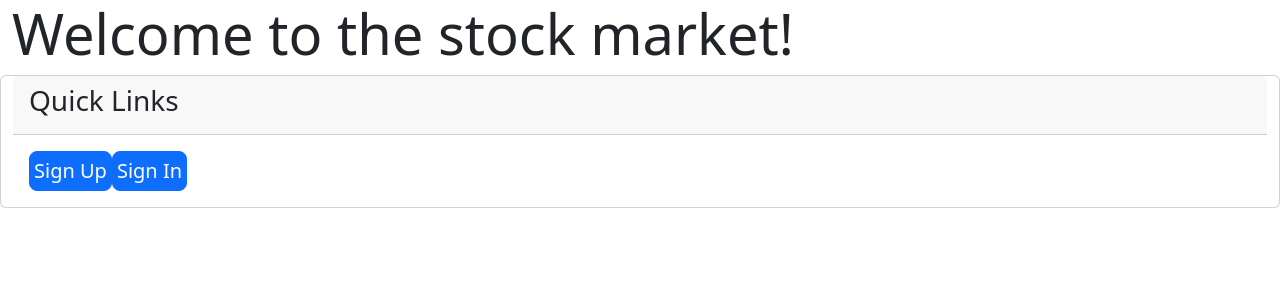
Repository: abdelbaset99/StockMarket
Page: / (app in stockmarket/)
The author's editor kept a copy of each file at every save. The page is drawn from the files as they stood at one save, then again after a run of saves.
The browser window is 1280 px wide. The pictures show the whole page.
The project was rebuilt for these pictures with package versions that can differ from the ones it lists, and the page was loaded fresh each time. Also part of the build but not shown: stockmarket/angular.json, stockmarket/src/app/orders/orders.component.ts, stockmarket/src/app/order.service.ts, stockmarket/src/app/stocks/stocks.component.ts, stockmarket/src/app/stock.service.ts.

Above is the page before, as saved 2023-07-13 12:50:22.

### stockmarket/src/index.html
<!doctype html>
<html lang="en">
<head>
  <meta charset="utf-8">
  <title>Stockmarket</title>
  <base href="/">
  <meta name="viewport" content="width=device-width, initial-scale=1">
  <link rel="icon" type="image/x-icon" href="favicon.ico">
</head>
<body>
  <app-root></app-root>
</body>
</html>

### stockmarket/src/app/app.module.ts
import { NgModule } from '@angular/core';
import { BrowserModule } from '@angular/platform-browser';
import { AppRoutingModule } from './app-routing.module';
import { AppComponent } from './app.component';
import { HttpClientModule } from '@angular/common/http';
import { OrdersComponent } from './orders/orders.component';
import { StocksComponent } from './stocks/stocks.component';
import { FormsModule } from '@angular/forms';
import { HomeComponent } from './home/home.component';
// import { SocketsService } from './sockets.service';
// import { HubConnection } from '@microsoft/signalr/dist/esm/HubConnection';
import { HubConnection } from '@microsoft/signalr';
import { createHubConnection } from './hub-connection.factory';


@NgModule({
  declarations: [
    AppComponent,
    OrdersComponent,
    StocksComponent,
    HomeComponent
  ],
  imports: [
    BrowserModule,
    AppRoutingModule,
    HttpClientModule,
    FormsModule
  ],
  providers: [{ provide: HubConnection, useFactory: createHubConnection }],
  bootstrap: [AppComponent]
})
export class AppModule { }

### stockmarket/src/app/app-routing.module.ts
import { NgModule } from '@angular/core';
import { RouterModule, Routes } from '@angular/router';
import { OrdersComponent } from './orders/orders.component';
import { StocksComponent } from './stocks/stocks.component';
import { HomeComponent } from './home/home.component';

const routes: Routes = [
  { path: '', component: HomeComponent },
  { path: 'orders', component: OrdersComponent },
  { path: 'stocks', component: StocksComponent },
];

@NgModule({
  imports: [RouterModule.forRoot(routes)],
  exports: [RouterModule]
})
export class AppRoutingModule {}

### stockmarket/src/app/app.component.ts
import { Component } from '@angular/core';
// import { SocketsService } from './sockets.service';
// import { Observable, Subscription } from 'rxjs';
// import { HttpClient} from '@angular/common/http';

@Component({
  selector: 'app-root',
  templateUrl: './app.component.html',
  styleUrls: ['./app.component.css'],
})
export class AppComponent {
  title = 'stocks';
  // stocks: any[] = [];
  // sub: Subscription = new Subscription();

  // constructor(private http: HttpClient) {}
  constructor() {

  }

  ngOnInit() {
    // this.getStocksData();
    // this.http.get<any[]>(`http://localhost:5000/`).subscribe(
    //   (stocks) => {
    //     this.stocks = stocks;
    //   },
    //   (err) => {
    //     console.log(err);
    //   }
    // );
  }

  // getStocksData(): void {
  //   this.sub = this.socketService.getStocks().subscribe((stocks) => {
  //     this.stocks = stocks;
  //   });
  // }

}

### stockmarket/src/app/home/home.component.ts
import { Component } from '@angular/core';
import { Router } from '@angular/router';
import { User } from '../user';
import { NgForm } from '@angular/forms';
@Component({
  selector: 'app-home',
  templateUrl: './home.component.html',
  styleUrls: ['./home.component.css'],
})
export class HomeComponent {
  newUser: User = {} as User;
  newUserName: string = '';
  newPassword: string = '';
  newEmail: string = '';

  user: User = {} as User;
  userName: string = '';
  password: string = '';
  email: string = '';

  constructor() {}

  onSignUpSubmit(form: NgForm) {
    this.newUser.userName = this.newUserName;
    this.newUser.password = this.newPassword;
    this.newUser.email = this.newEmail;
    console.log(this.newUser);
  }
  onSignInSubmit(form: NgForm) {
    this.user.userName = this.userName;
    this.user.password = this.password;
    this.user.email = this.email;
    console.log(this.user);
  }
}

### stockmarket/src/app/hub-connection.factory.ts
import { HubConnection, HubConnectionBuilder } from '@microsoft/signalr';

export function createHubConnection(): HubConnection {
  const builder = new HubConnectionBuilder();
  const connection = builder.withUrl('http://localhost:5089/stockhub').build();
  return connection;
}

### stockmarket/src/app/home/home.component.html
<!DOCTYPE html>
<html lang="en">

<head>
  <meta charset="UTF-8">
  <meta name="viewport" content="width=device-width, initial-scale=1.0">
  <title>Document</title>
</head>

<body>
  <div class="container-fluid">
    <div class="row">
      <div class="col-md-8">
        <h1 class="display-4">Welcome to the stock market!</h1>
      </div>
      <div class="card">
        <div class="card-header">
          <h3>Quick Links</h3>
        </div>
        <div class="card-body">
          <!-- <a class="btn btn-primary btn-lg btn-block" routerLink="/stocks">View Stocks</a>
            <a class="btn btn-secondary btn-lg btn-block" routerLink="/orders">View Orders</a> -->
          <a class="btn btn-primary btn-lg btn-block p-1" (click)="signUp.showModal()">Sign Up</a>
          <a class="btn btn-primary btn-lg btn-block p-1" (click)="signIn.showModal()">Sign In</a>
        </div>

      </div>
    </div>
  </div>

  <dialog class="dialog-style" #signUp>
    <div class="modal-content">
      <div class="modal-header">
        <h5 class="modal-title">Sign Up</h5>
        <button type="button" class="close" (click)="signUp.close()">
          <span aria-hidden="true">&times;</span>
        </button>
      </div>
      <div class="modal-body">
        <form (ngSubmit)="onSignUpSubmit(myForm)" #myForm="ngForm" method="post">
          <div class="form-group">
            <label class="label-style" for="newUserName">User Name</label>
            <input type="text" id="newUserName" name="newUserName" placeholder="Enter your username: "
              [(ngModel)]="newUserName" required class="form-control">
          </div>
          <div class="form-group">
            <label class="label-style" for="newPassword">Password</label>
            <input type="password" id="newPassword" name="newPassword" placeholder="Enter your password: "
              [(ngModel)]="newPassword" required class="form-control">
          </div>
          <div class="form-group">
            <label class="label-style" for="newEmail">Email</label>
            <input type="email" id="newEmail" name="newEmail" placeholder="Enter your email: " [(ngModel)]="newEmail"
              required class="form-control">
          </div>
          <br>
          <button class="btn btn-primary btn-block" type="submit" (click)="signUp.close()">Sign Up</button>
        </form>
      </div>
    </div>
  </dialog>

  <dialog class="dialog-style" #signIn>
    <div class="modal-content">
      <div class="modal-header">
        <h5 class="modal-title">Sign In</h5>
        <button type="button" class="close" (click)="signIn.close()">
          <span aria-hidden="true">&times;</span>
        </button>
      </div>
      <div class="modal-body">
        <form (ngSubmit)="onSignInSubmit(myForm)" #myForm="ngForm" method="post">
          <div class="form-group">
            <label class="label-style" for="userName">User Name</label>
            <input type="text" id="userName" name="userName" placeholder="Enter your username: "
              [(ngModel)]="newUserName" required class="form-control">
          </div>
          <div class="form-group">
            <label class="label-style" for="password">Password</label>
            <input type="password" id="password" name="password" placeholder="Enter your password: "
              [(ngModel)]="newPassword" required class="form-control">
          </div>
          <div class="form-group">
            <label class="label-style" for="email">Email</label>
            <input type="email" id="email" name="email" placeholder="Enter your email: " [(ngModel)]="email" required
              class="form-control">
          </div>
          <br>
          <button class="btn btn-primary btn-block" type="submit" (click)="signIn.close()">Sign In</button>
        </form>
      </div>
    </div>
  </dialog>


</body>

</html>

Loaded but not shown: stockmarket/src/styles.css (common file); stockmarket/src/main.ts (common file); stockmarket/src/app/app.component.html (common file); stockmarket/src/app/app.component.css (no stored copy; drawn as an empty file); stockmarket/src/app/home/home.component.css (no stored copy; drawn as an empty file)

After the next 3 saves:
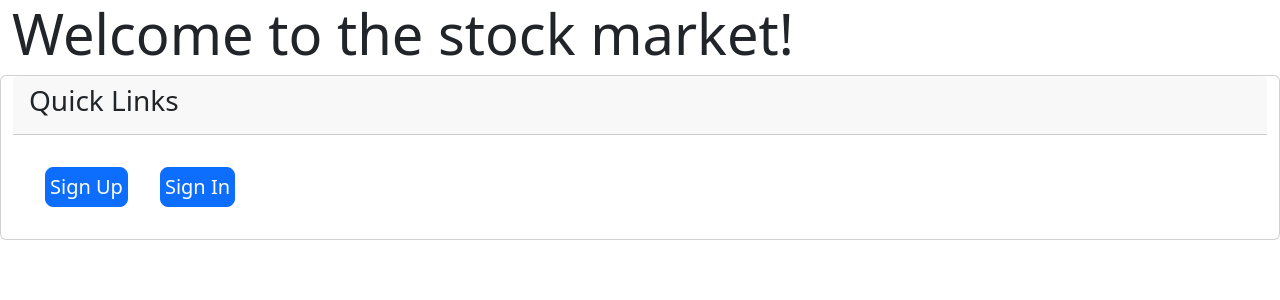
The 3 saves are shown as one change because they came seconds apart.
The last was saved 19 s later.
--- a/stockmarket/src/app/home/home.component.html
+++ b/stockmarket/src/app/home/home.component.html
@@ -20,8 +20,8 @@
         <div class="card-body">
           <!-- <a class="btn btn-primary btn-lg btn-block" routerLink="/stocks">View Stocks</a>
             <a class="btn btn-secondary btn-lg btn-block" routerLink="/orders">View Orders</a> -->
-          <a class="btn btn-primary btn-lg btn-block p-1" (click)="signUp.showModal()">Sign Up</a>
-          <a class="btn btn-primary btn-lg btn-block p-1" (click)="signIn.showModal()">Sign In</a>
+          <a class="btn btn-primary btn-lg btn-block p-1 m-3" (click)="signUp.showModal()">Sign Up</a>
+          <a class="btn btn-primary btn-lg btn-block p-1 m-3" (click)="signIn.showModal()">Sign In</a>
         </div>
 
       </div>
